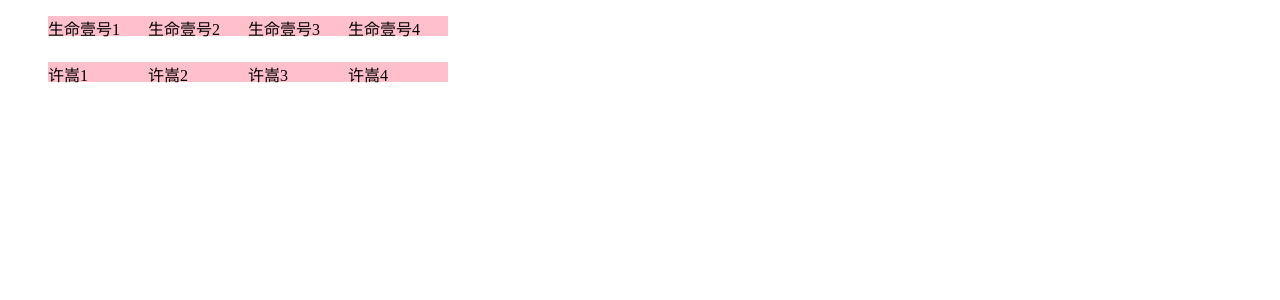
Repository: KaibutsuSama/CodePracticeExample
Page: Html5+Css3/Css3/04.浮动/04.浮动清除.html
The author's editor kept a copy of each file at every save. The page is drawn from the files as they stood at one save, then again after a run of saves.
The browser window is 1280 px wide. The pictures show the whole page.

Above is the page before, as saved 2023-01-29 23:58:02.

After the next 2 saves:
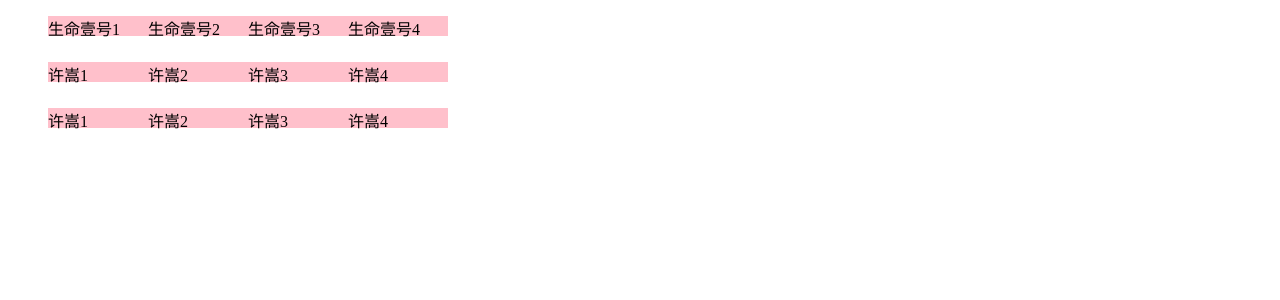
The 2 saves are shown as one change because they came seconds apart.
The last was saved 31 s later.
--- a/Html5+Css3/Css3/04.浮动/04.浮动清除.html
+++ b/Html5+Css3/Css3/04.浮动/04.浮动清除.html
@@ -37,5 +37,13 @@
 			<li>许嵩4</li>
 		</ul>
 	</div>
+	<div class="box3">
+		<ul>
+			<li>许嵩1</li>
+			<li>许嵩2</li>
+			<li>许嵩3</li>
+			<li>许嵩4</li>
+		</ul>
+	</div>
 </body>
 </html>
